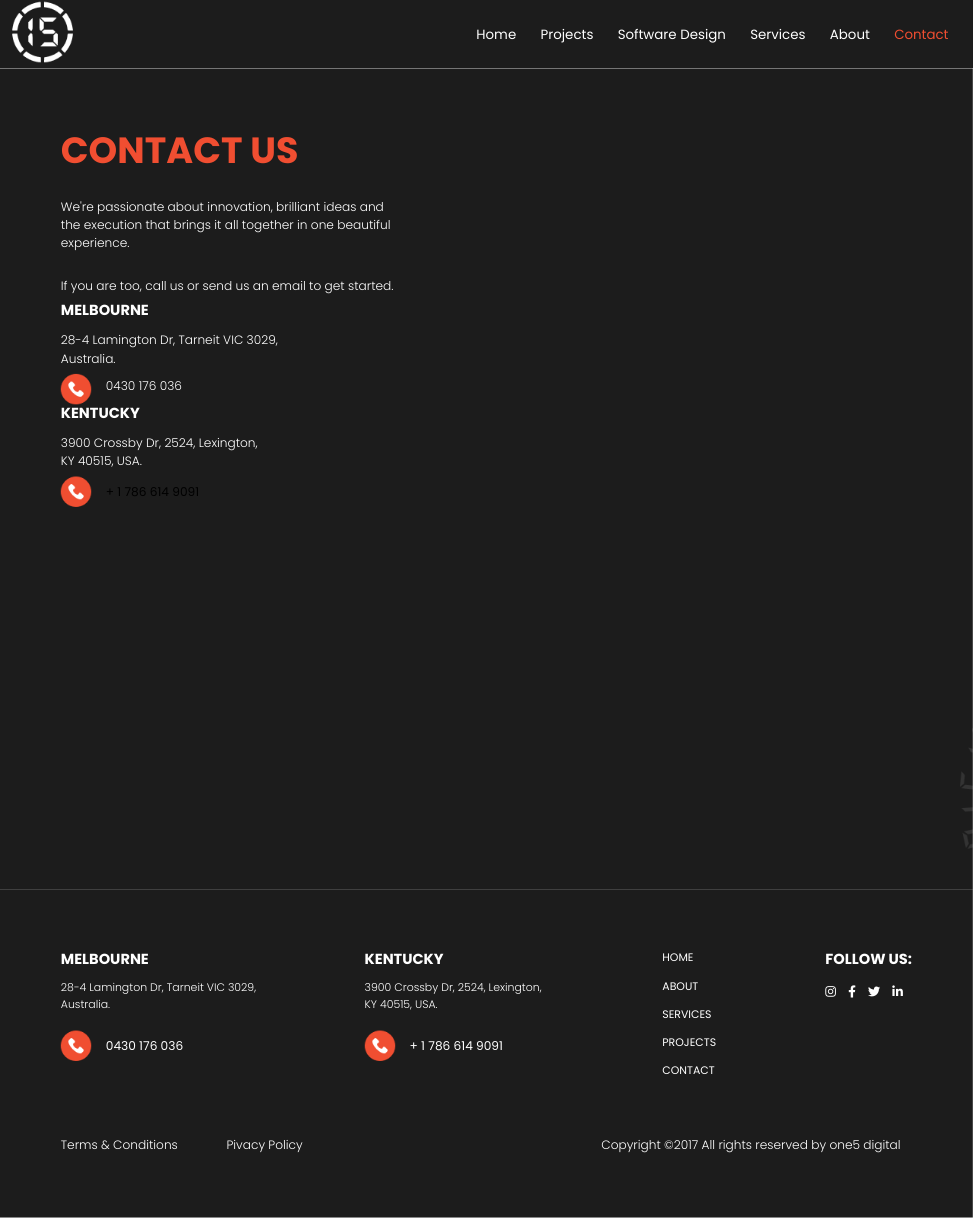
Repository: gopalpurohit54/one5
Page: /Contact
An editor plug-in stored every save of this project. The page is shown before and after the next save, followed by the edit.
The browser window is 1280 px wide. The pictures show the whole page, at 76% of full size.
The project was rebuilt for these pictures with package versions that can differ from the ones it lists, and the page was loaded fresh each time. Also part of the build but not shown: src/components/Button.js, src/components/HeroSection.css, src/components/HeroSection.js, src/components/OurProjects.css, src/components/OurProjects.js, src/components/OurServices.js, src/components/AboutUs.css, src/components/AboutUs.js and 30 more.

Above is the page before, as saved 2021-06-22 14:06:51.

After the next save:
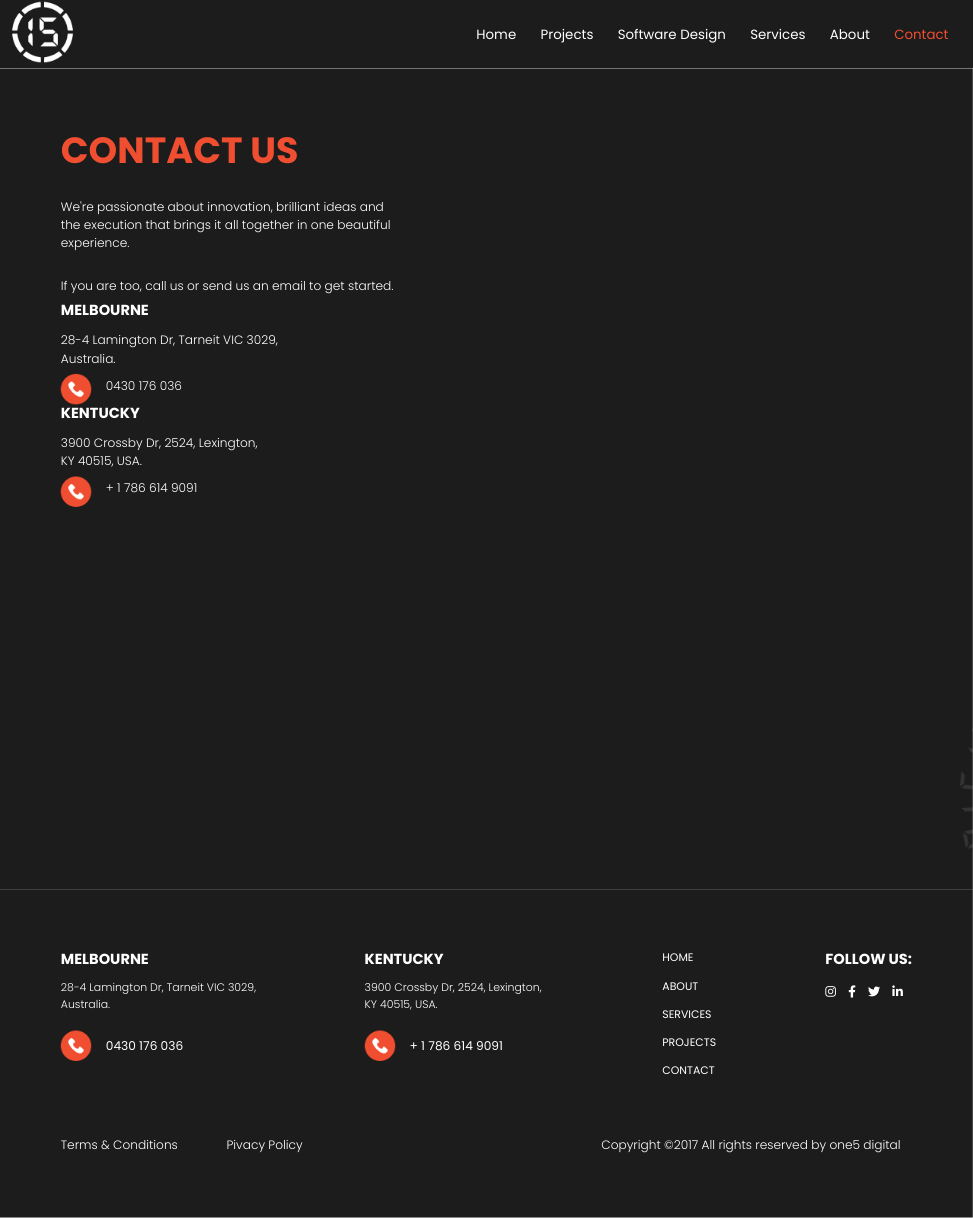
Saved 14 s later.
--- a/src/components/ContactPage.js
+++ b/src/components/ContactPage.js
@@ -19,7 +19,7 @@
                 <ul className="add-2">
                     <h6>KENTUCKY</h6>
                     <p>3900 Crossby Dr, 2524, Lexington, <br/> KY 40515, USA.</p>
-                    <div className="call"><img className="call-icon" src="./phone-icon.png" /> + 1 786 614 9091 </div>
+                    <div className="call"><img className="call-icon" src="./phone-icon.png" /> <p>+ 1 786 614 9091</p> </div>
                 </ul>
                 </div>
             </div>
